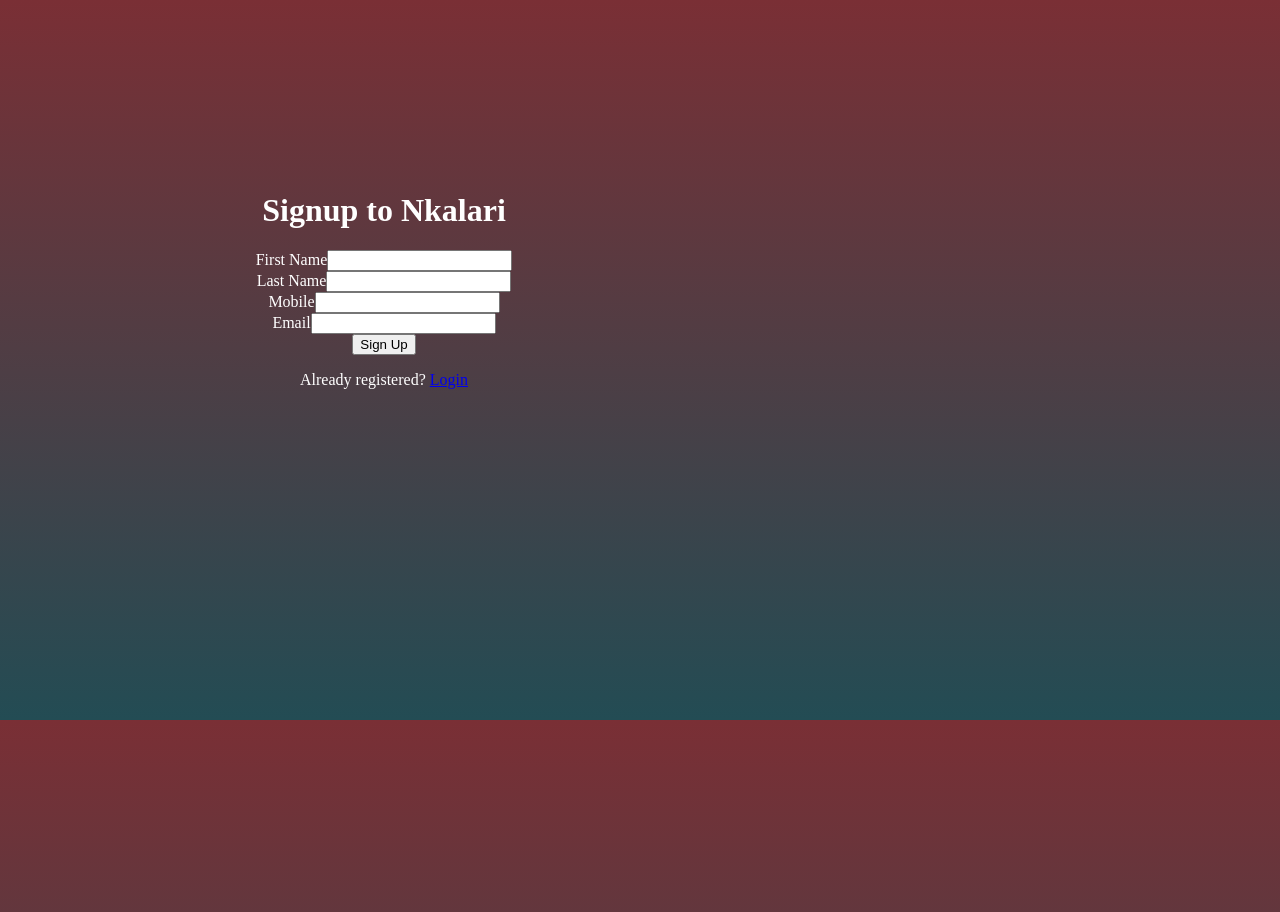
Repository: jagan607/N-Kalari
Page: /
An editor plug-in stored every save of this project. The page is shown before and after the next save, followed by the edit.
The browser window is 1280 px wide. The pictures show the whole page.
The project was rebuilt for these pictures with package versions that can differ from the ones it lists, and the page was loaded fresh each time. Also part of the build but not shown: src/App.css, src/components/wallet/index.css, src/services/user.service.js, src/actions/user.action.js, src/components/wallet/Wallet.js, src/helpers/firebase.js, src/components/Login/Login.js. Imported but missing from the stored project, and not drawn on this page: src/constants/user.constants, src/reducers/rootReducer.

Above is the page before, as saved 2022-01-08 21:36:07.

After the next save:
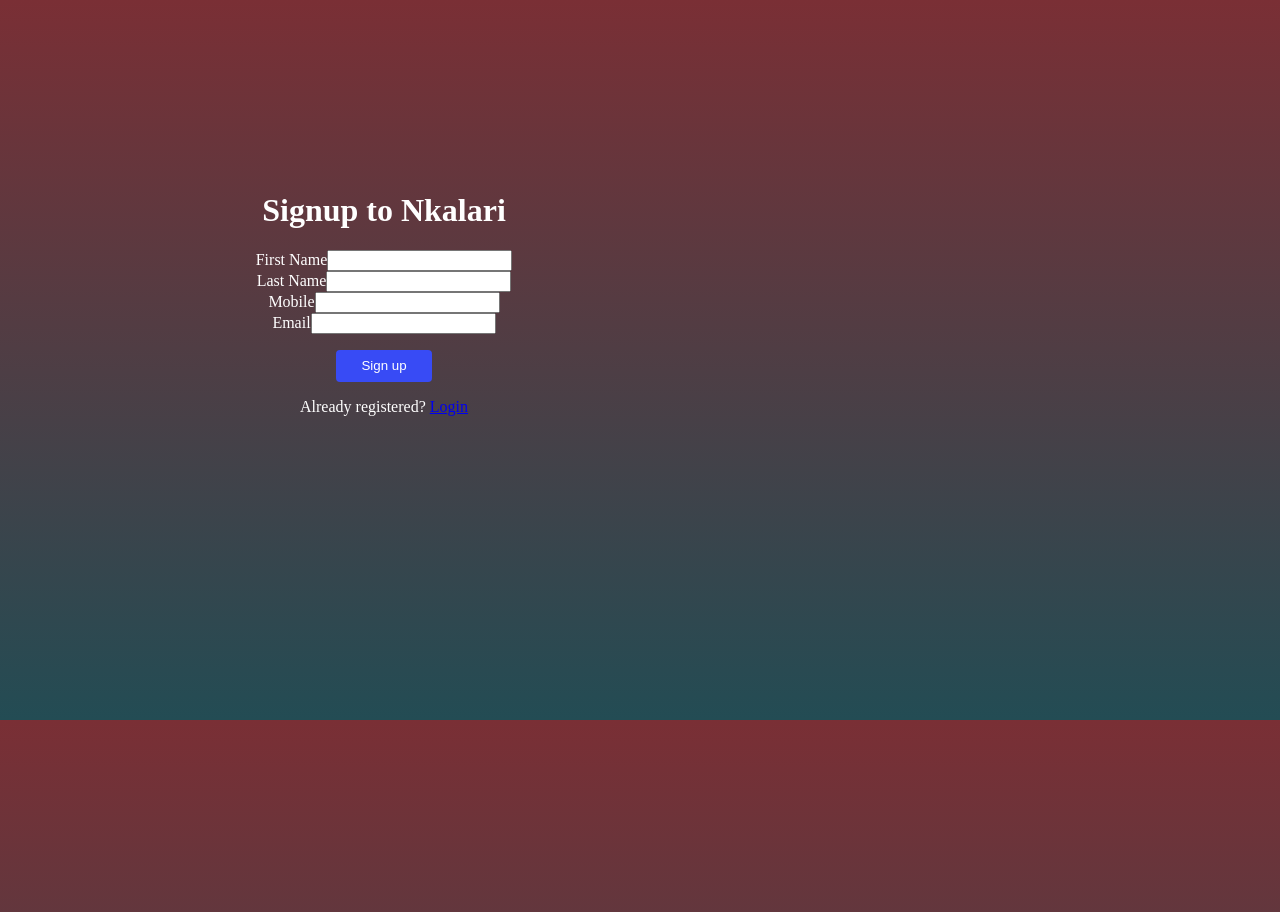
Saved 65 s later.
--- a/src/components/signup/Signup.js
+++ b/src/components/signup/Signup.js
@@ -63,9 +63,7 @@
 
 
 
-              <button type="submit" className="btn btn-light">
-                Sign Up
-              </button>
+              <button type="submit" className="btn-signin">Sign up</button>
               <p className="forgot-password text-right">
                 Already registered? <a href="/login">Login</a>
               </p>
